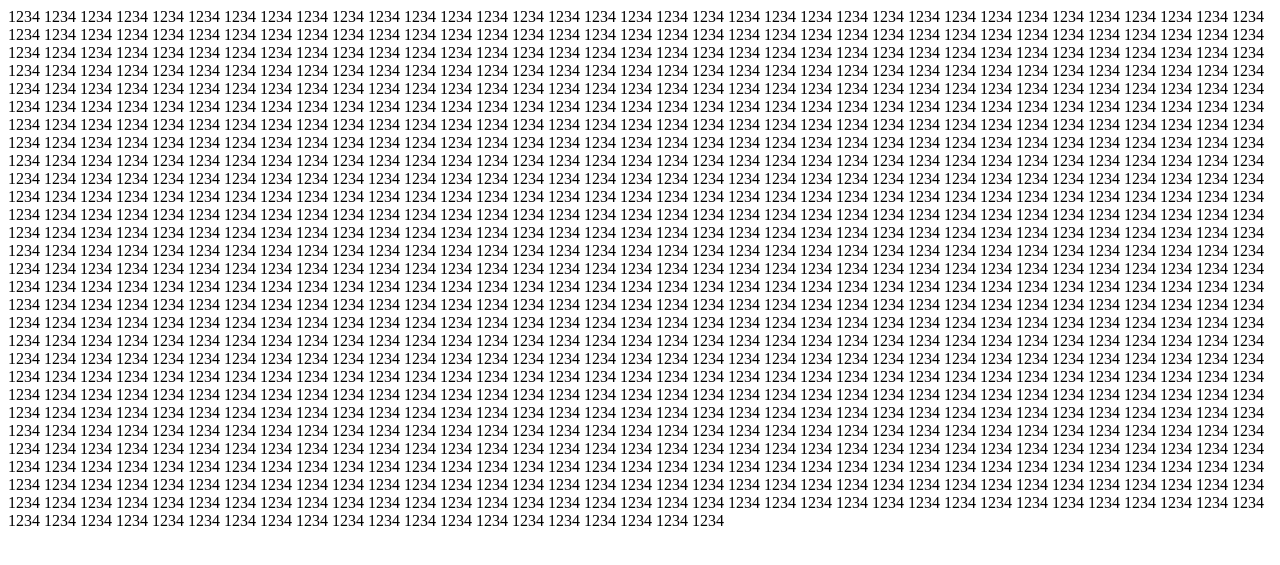
Repository: seminocoe/JSP_STUDY
Page: http://localhost/ServletProject/sample/BufferEx.jsp
An editor plug-in stored every save of this project. The page is shown before and after the next save, followed by the edit.
The browser window is 1280 px wide. The pictures show the whole page.
The page is served by Tomcat 9. Nobody is signed in. The application's start-up code is not run. Other server files are loaded and not shown.

Above is the page before, as saved 2022-08-01 05:18:01.

### ServletProject/src/main/webapp/sample/BufferEx.jsp
<%@ page language="java" contentType="text/html; charset=UTF-8"
    pageEncoding="UTF-8"%>
    <%@ page buffer="1kb" autoFlush="true" %>
<!DOCTYPE html>
<html>
<head>
<meta charset="UTF-8">
<title></title>
</head>
<body>
<%for(int i = 0 ; i<1000; i++){ %>
1234
<%} %>
</body>
</html>

After the next save:
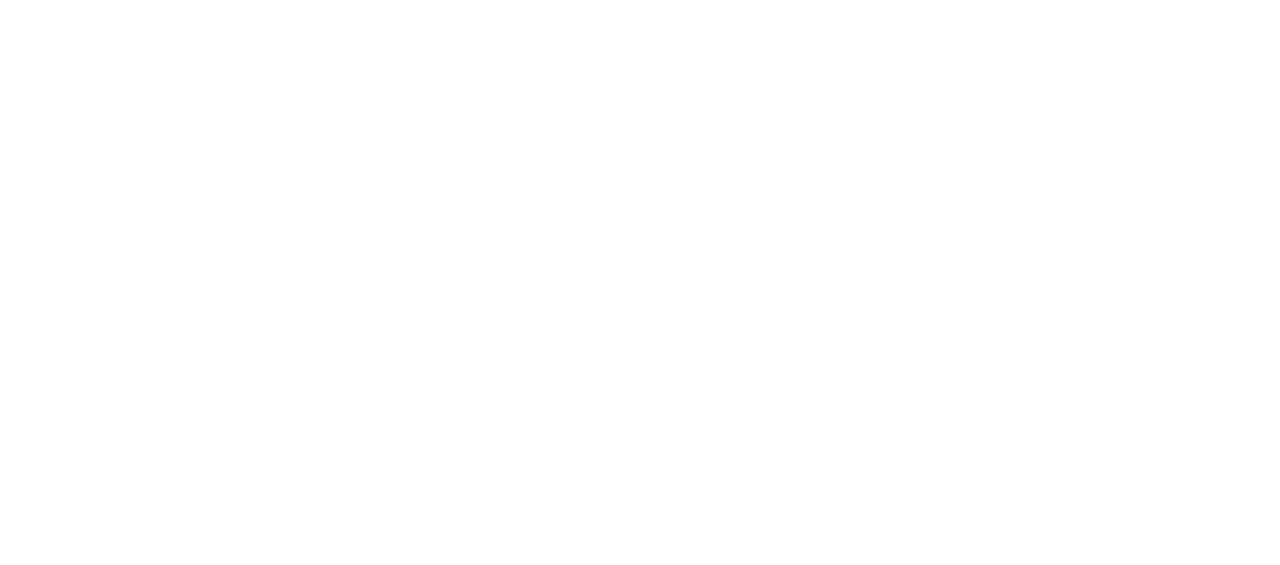
Saved 5 min 10 s later.
--- a/ServletProject/src/main/webapp/sample/BufferEx.jsp
+++ b/ServletProject/src/main/webapp/sample/BufferEx.jsp
@@ -8,8 +8,6 @@
 <title></title>
 </head>
 <body>
-<%for(int i = 0 ; i<1000; i++){ %>
-1234
-<%} %>
+<%for(int i = 0 ; i<1000; i++){System.out.print("1234"); }%>
 </body>
 </html>

After the save that followed:
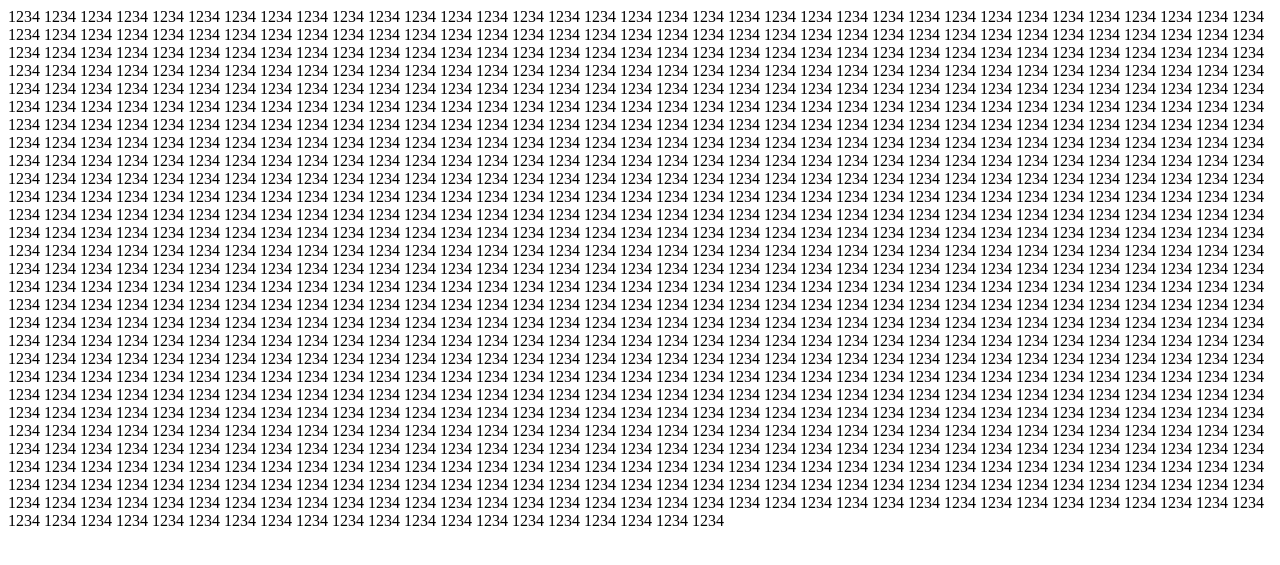
Saved 54 s later.
--- a/ServletProject/src/main/webapp/sample/BufferEx.jsp
+++ b/ServletProject/src/main/webapp/sample/BufferEx.jsp
@@ -8,6 +8,6 @@
 <title></title>
 </head>
 <body>
-<%for(int i = 0 ; i<1000; i++){System.out.print("1234"); }%>
+<%for(int i = 0 ; i<1000; i++){out.println("1234"); }%>
 </body>
 </html>
